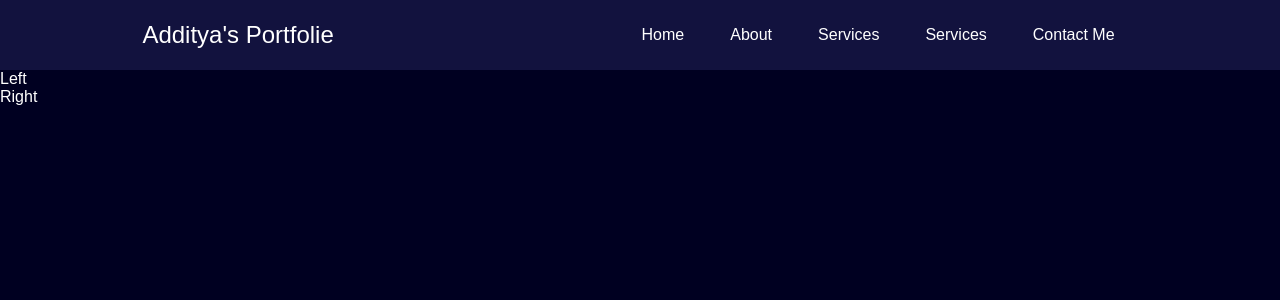
Repository: VictoriousMango/Portfolio
Page: index.html
The author's editor kept a copy of each file at every save. The page is drawn from the files as they stood at one save, then again after the next save.
The browser window is 1280 px wide. The pictures show the whole page.

Above is the page before, as saved 2023-08-27 09:08:24.

After the next save:
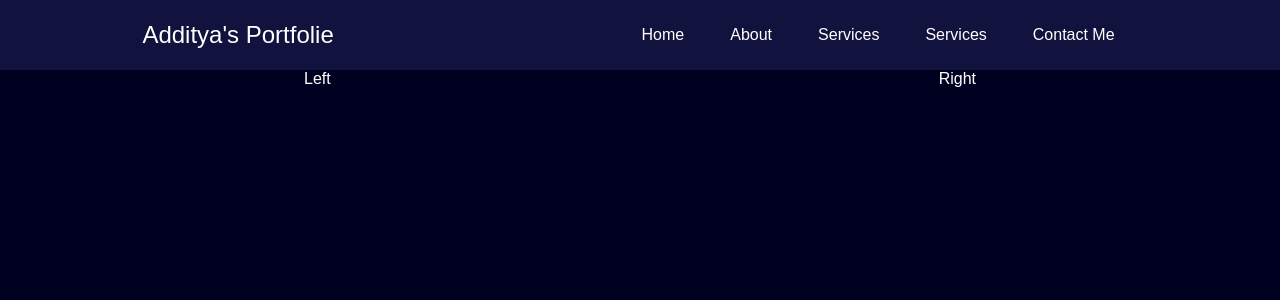
Saved 18 s later.
--- a/index.html
+++ b/index.html
@@ -58,7 +58,7 @@
     </header>
 
     <main>
-        <section class="first">
+        <section class="firstSection">
             <div class="leftSection">Left</div>
             <div class="rightSection">Right</div>
         </section>
